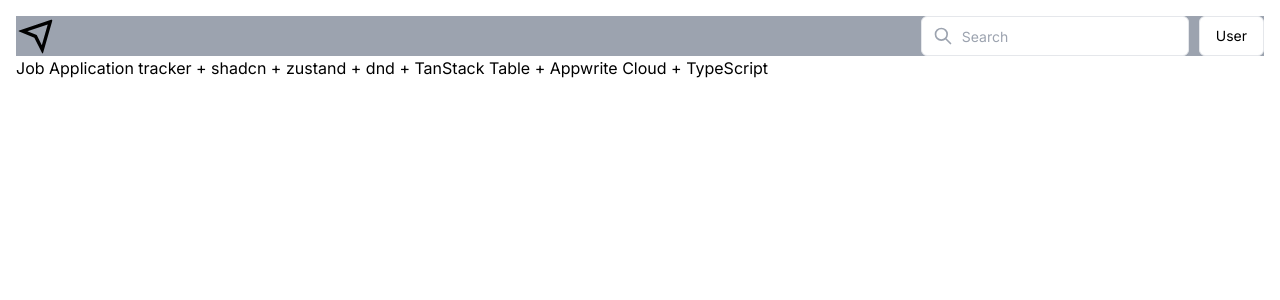
Repository: Vasil1001/job-applications-tracker-nextjs
Page: /
These files come from the project's save history. The page is drawn as it stood at one moment and after the next save; the edit follows.
The browser window is 1280 px wide. The pictures show the whole page.
The project was rebuilt for these pictures with package versions that can differ from the ones it lists, and the page was loaded fresh each time. The framework's server and built-in components were replaced by stand-ins that run in the browser. Also part of the build but not shown: next.config.js.

Above is the page before, as saved 2023-06-24 15:54:07.

After the next save:
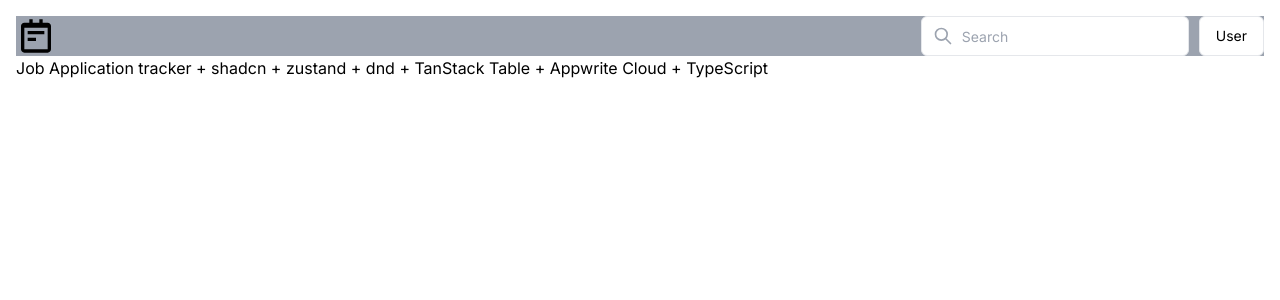
Saved 5 s later.
--- a/components/Header.tsx
+++ b/components/Header.tsx
@@ -10,7 +10,7 @@ export default function Header() {
     <div>
       <div className="flex justify-between bg-gray-400">
         <div className="flex">
-            <RiSendPlaneLine size={40} /> </div>
+            <BiNotepad size={40} /> </div>
         <div className="flex gap-2.5">
           <SearchBar />
           <button className="py-2 px-4 text-black border focus-visible:outline-none focus-visible:ring-1 focus:ring-gray-400 bg-white border-gray-200 sm:text-sm rounded-md hover:border-gray-300 ">
